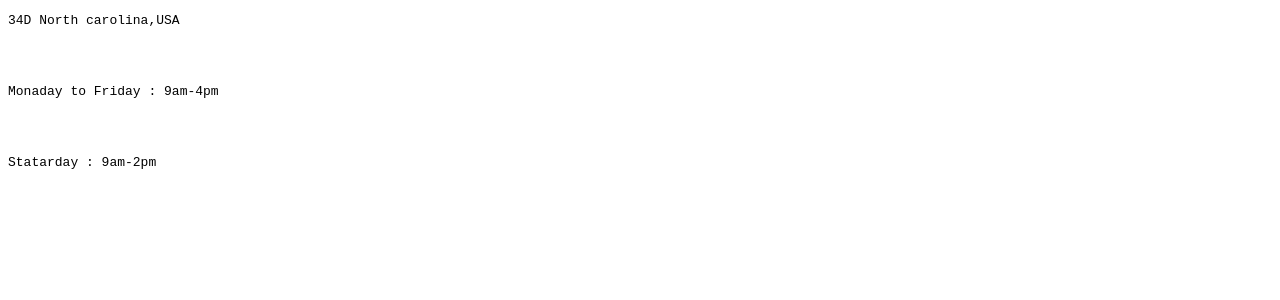
Repository: MyselfAman/Login_Page_Servlet
Page: http://localhost/Login_Page/About_Us.jsp
These files come from the project's save history. The page is drawn as it stood at one moment and after the next save; the edit follows.
The browser window is 1280 px wide. The pictures show the whole page.
The page is served by Tomcat 9. The session is filled in as if someone had signed in: {"name": "Test User"}. Other server files are loaded and not shown.

Above is the page before, as saved 2019-08-08 05:35:31.

### Login_Page/WebContent/About_Us.jsp
<%@ page language="java" contentType="text/html; charset=ISO-8859-1"
    pageEncoding="ISO-8859-1"%>
<!DOCTYPE html>
<html>
<head>
<meta charset="ISO-8859-1">
<title>Insert title here</title>
</head>
<body>
<%
	if(session.getAttribute("name")==null)
	{
		response.sendRedirect("login.jsp");
	}
%>

<pre>
<p>34D North carolina,USA</p><br>
<p>Monaday to Friday : 9am-4pm</p><br>
<p>Statarday : 9am-2pm</p><br>
</pre>
<form action="Logout">
<input type="submit" value="LogOut>
</form>
</body>
</html>

After the next save:
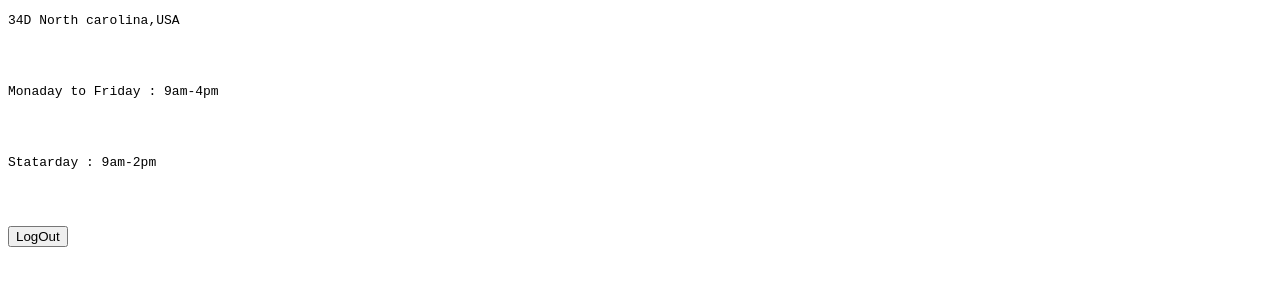
Saved 38 s later.
--- a/Login_Page/WebContent/About_Us.jsp
+++ b/Login_Page/WebContent/About_Us.jsp
@@ -19,8 +19,11 @@
 <p>Monaday to Friday : 9am-4pm</p><br>
 <p>Statarday : 9am-2pm</p><br>
 </pre>
+
 <form action="Logout">
-<input type="submit" value="LogOut>
+<input type="submit" value="LogOut"
 </form>
+
 </body>
+
 </html>
